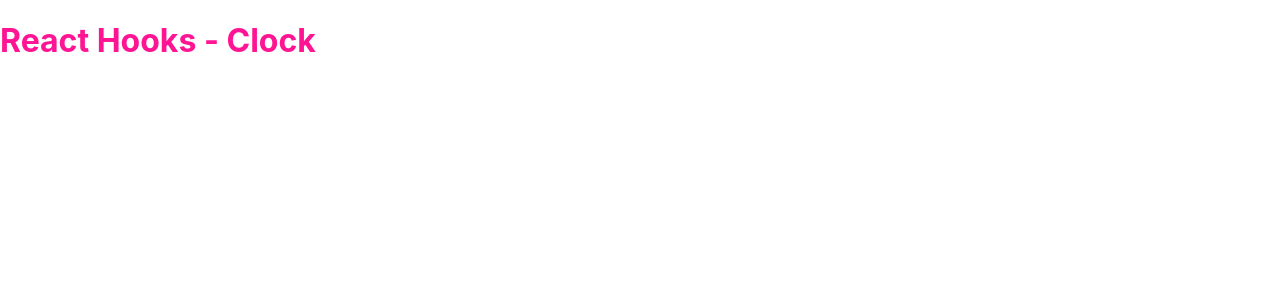
Repository: trongtamdev/react-hooks-basic
Page: /
An editor plug-in stored every save of this project. The page is shown before and after a run of saves, followed by the edit.
The browser window is 1280 px wide. The pictures show the whole page.
The page's requests for data from a server got no answer. The project was rebuilt for these pictures with package versions that can differ from the ones it lists, and the page was loaded fresh each time. No one was signed in, and anything a server would have sent is missing. Also part of the build but not shown: src/components/ColorBox/ColorBox.scss, src/components/ColorBox/index.jsx, src/components/TodoList/index.jsx, src/components/TodoForm/index.jsx, src/components/PostList/index.jsx, src/components/Pagination/index.jsx, src/components/PostFiltersForm/index.jsx.

Above is the page before, as saved 2022-09-06 09:50:26.

After the next 3 saves:
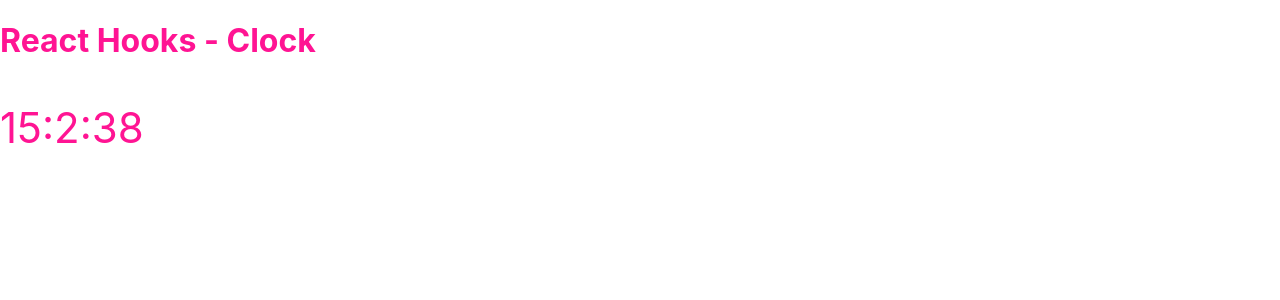
The 3 saves are shown as one change because they came seconds apart.
The last was saved 11 s later.
--- a/src/App.js
+++ b/src/App.js
@@ -8,6 +8,7 @@ import TodoForm from './components/TodoForm';
 import PostList from './components/PostList';
 import Pagination from './components/Pagination';
 import PostFiltersForm from './components/PostFiltersForm';
+import Clock from './components/Clock';
 
 function App() {
   const [todoList, setTodoList] = useState([
@@ -94,7 +95,7 @@ function App() {
     <div className="App">
       <h1>React Hooks - Clock</h1>
 
-
+      <Clock/>
       {/* <TodoForm onSubmit={handleTodoFormSubmit}/> */}
       {/* <TodoList todos={todoList} onTodoClick={handleTodoClick}/> */}
 
